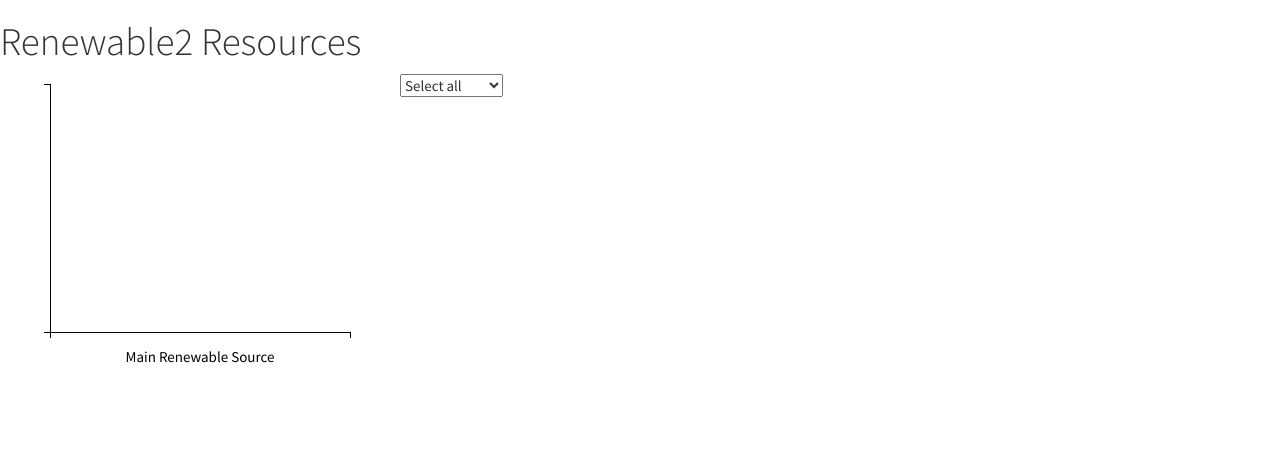
Repository: pjachimowski/renewable
Page: index.html
The author's editor kept a record of every edit. The page is drawn from the files as they stood at one moment, then again after the next edit.
The browser window is 1280 px wide. The pictures show the whole page.

Above is the page before.
Console error: ReferenceError: y is not defined

After the next edit:
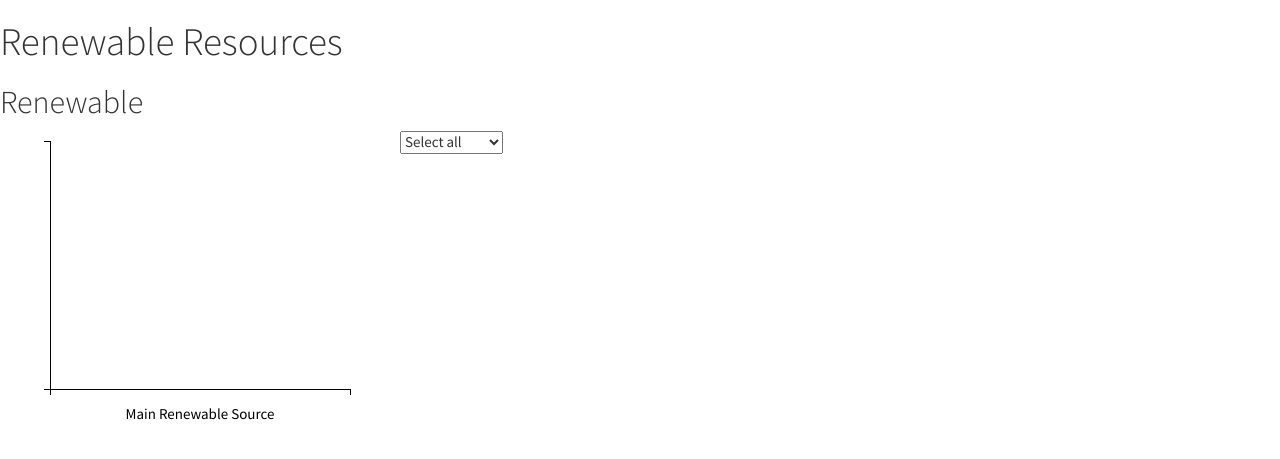
The edit:
--- a/index.html
+++ b/index.html
@@ -16,7 +16,8 @@
 </head>
 <body>
 
-    <h1>Renewable2 Resources</h1>
+    <h1>Renewable Resources</h1>
+    <h2>Renewable</h2>
 
     <div id="source-balance"></div>
 
